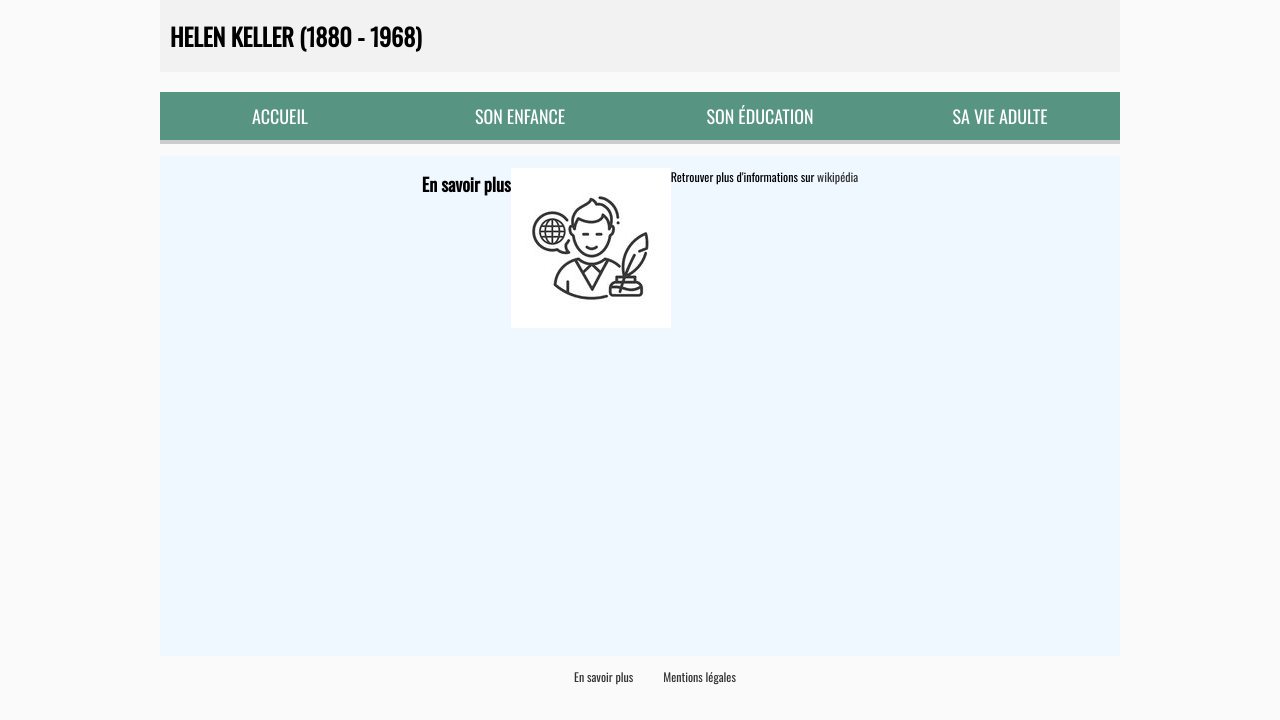
Repository: Luc010/Exercices
Page: HTML CSS/biographie_helen_keller/savoirplus.html
An editor plug-in stored every save of this project. The page is shown before and after the next save, followed by the edit.
The browser window is 1280 px wide. The pictures show the whole page.

Above is the page before, as saved 2019-09-06 11:19:20.

### HTML CSS/biographie_helen_keller/savoirplus.html
<!DOCTYPE html>
<html lang="fr">
<head>
    <title>Biographie Helen Keller - En savoir plus</title>
    <meta charset="UTF-8">
    <meta name="viewport" content="width=device-width, initial-scale=1.0">
    <meta http-equiv="X-UA-Compatible" content="ie=edge">
    <link href="style.css" rel="stylesheet">
</head>
<body>
    <div class="container">
        <header>
            <div class="brand">
                <h1>HELEN KELLER (1880 - 1968)</h1>
            </div>
        </header>
    </div>
    <nav>
        <ul class="navbar">
            <a href="index.html"><li class="navlink">Accueil</a></li>
            <li class="navlink"><a href="enfance.html">Son enfance</a></li>
            <li class="navlink"><a href="education.html">Son éducation</a></li>
            <li class="navlink"><a href="adulte.html">Sa vie adulte</a></li>
        </ul>
    </nav>
    <main>
        <div class="container">
            <h2>En savoir plus</h2>
            <p><img src="img/hk8.jpg" alt="icone biographie"></p>
            <p>Retrouver plus d'informations sur <a href="https://fr.wikipedia.org/wiki/Helen_Keller"
                    target="_blank">wikipédia</a></p>
        </div>
    </main>
    <footer>
        <div class="container">
            <!-- ul>li*5>a{lien$} -->
            <ul>
                <li class="m-foot"><a href="savoirplus.html">En savoir plus</a></li>
                <li class="m-foot"><a href="mentions.html">Mentions légales</a></li>
            </ul>
        </div>
    </footer>
</body>
</html>

### HTML CSS/biographie_helen_keller/style.css
@import url('https://fonts.googleapis.com/css?family=Oswald&display=swap');
/* GENERAL */

* {
    box-sizing: border-box;
}

body {
    margin: 0;
    padding: 0;
    background-color: #fafafa;
    font-size: 12px;
    font-family: 'Oswald', corbel, calibri, sans-serif;
}

h1 {
    margin: 0;
}

a {
    text-decoration: none;
    color: #323232;
}

ul, li {
    list-style: none;
    cursor: pointer;
    padding: 0;
}
ul{
    display: flex;
}
footer > div > ul > li{
    margin-left: 20px;
}
nav {
    width: 960px;
    margin: 20px auto 0 auto;
}
footer > div > ul {
    display: flex;
}
footer > div > ul > li{
    margin-left: 30px;
}
main {
    width: 960px;
    min-height: 500px;
    background-color: aliceblue;
    display: flex;
    justify-content: center;
    margin-left: auto;
    margin-right: auto;
}
.navbar {
    text-align: center;
    display: flex;
}
.navlink {
    width: 100%;
    font-size: 18px;
    background-color: #589482;
    line-height: 48px;
    text-transform: uppercase;
    font-weight: 500;
}

.navlink:hover {
    background-color: #323232;
}

.navlink > a {
    color: white;
}

ul >.navlink {
    border-bottom: solid 4px #ccc;
}

/* HEADER */

header {
    background-color: #f2f2f2;
    height: 72px;
    width: 960px;
    display: flex;
    align-items: center;
}

.brand {
    text-indent: 10px;
}
.container{
    display: flex;
    justify-content: center;
    width: inherit;
}
/* BODY */

After the next save:
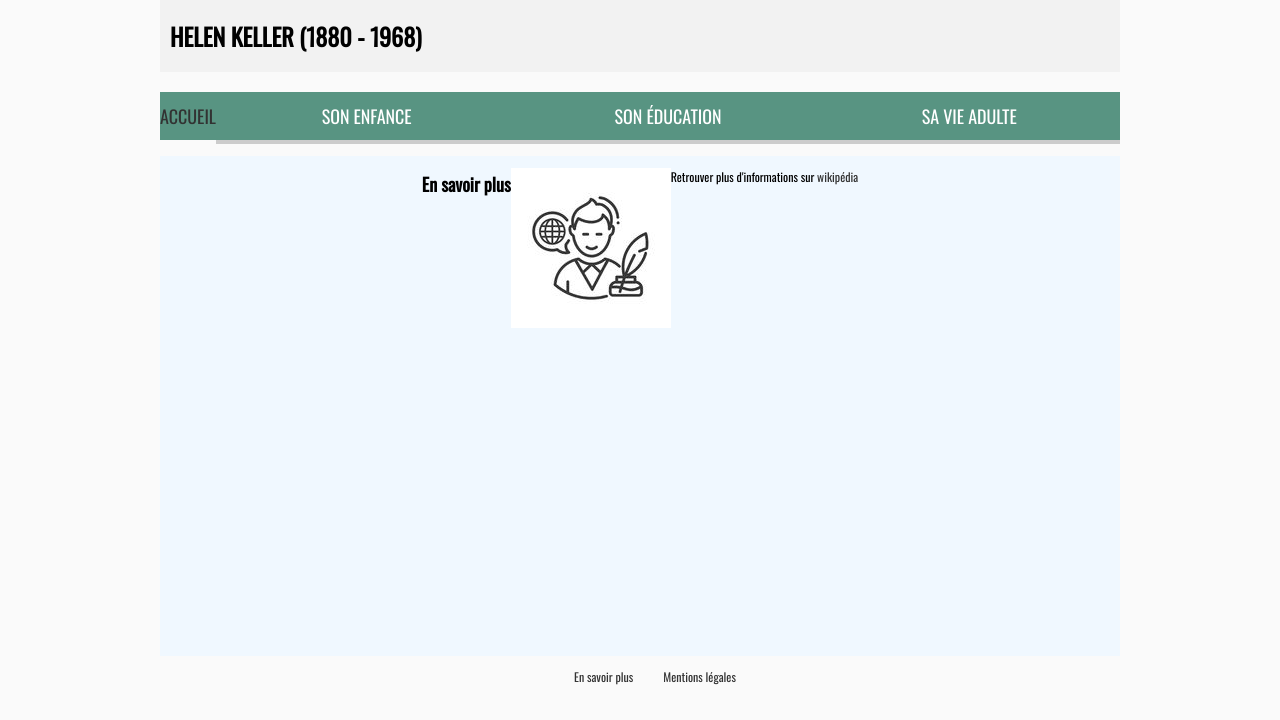
Saved 10 s later.
--- a/HTML CSS/biographie_helen_keller/savoirplus.html
+++ b/HTML CSS/biographie_helen_keller/savoirplus.html
@@ -17,7 +17,7 @@
     </div>
     <nav>
         <ul class="navbar">
-            <a href="index.html"><li class="navlink">Accueil</a></li>
+            <a href="index.html"><li class="navlink">Accueil</li></a>
             <li class="navlink"><a href="enfance.html">Son enfance</a></li>
             <li class="navlink"><a href="education.html">Son éducation</a></li>
             <li class="navlink"><a href="adulte.html">Sa vie adulte</a></li>
